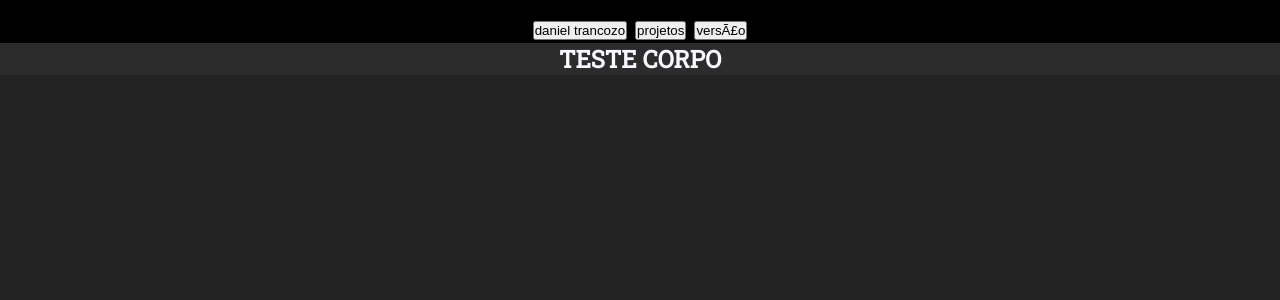
Repository: danieltrancozo/danieltrancozo.github.io
Page: index.html
These files come from the project's save history. The page is drawn as it stood at one moment and after the next save; the edit follows.
The browser window is 1280 px wide. The pictures show the whole page.

Above is the page before, as saved 2021-05-04 23:13:04.

### index.html
<!DOCTYPE html>
<meta charset="UFT-8">
<meta name="lenguage" content="pt-br">
<meta name="autor" content="Daniel Trancozo Vianna">
<meta name="description" content="Portifolio de Desenvolvedor Web">
<meta name="keywords" content="HTML, CSS, JS, web development, portifolio">
<html>

<head>
    <title>Minha P&aacutegina</title>
    <link rel="stylesheet" type="text/css" href="css/estilo3.css">
    <link rel="preconnect" href="https://fonts.gstatic.com">
    <link href="https://fonts.googleapis.com/css2?family=Playfair+Display&family=Roboto+Slab&display=swap" rel="stylesheet">
    <script>
    </script>
</head>
<body>
    <div class="container">
        <div class="cab">
            <h1 style="text-transform: uppercase;">
                <nav class="menu">
                    <ul>
                        <li><button>daniel trancozo</button></li>
                        <li><button>projetos</button></li>
                        <li><button>versão</button></li>
                    </ul>
                </nav>
            </h1>
        </div>
        <div class="corp">
            <h2 style="text-transform: uppercase;">teste corpo</h2>
        </div>
    </div>
    <div class="t2"></div>
</body>
</html>

### css/estilo3.css
@import url('https://fonts.googleapis.com/css2?family=Playfair+Display&family=Roboto+Slab&display=swap');
* {
    margin: 0;
    padding: 0;
}
body{
    background-color: rgba(0, 0, 0, 0.863);
    color: antiquewhite;
    text-align: center;
}
.container{
    background-color: transparent;
    display: flex;
    flex-direction: column;
}
.cab{
    background-color: black;
    color: silver;
    font-family: 'Playfair Display', serif;
    height: 10%;
}
.corp{
    background-color: rgb(44, 44, 44);
    color: ghostwhite;
    font-family: 'Roboto Slab', serif;
    height: 90%;
}
.t2{
    background-color: transparent;
    width: 100%;
    height: 100%;
    visibility: hidden;
}
.manu ul{
    text-align: center;
    border-color: transparent;
    list-style: none;
}
.menu ul li{
    display: inline;
}

After the next save:
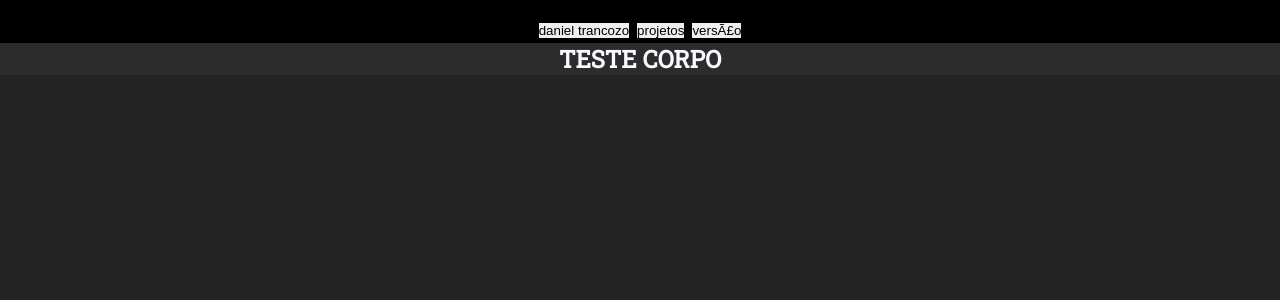
Saved 2 min 38 s later.
--- a/css/estilo3.css
+++ b/css/estilo3.css
@@ -39,3 +39,6 @@ body{
 .menu ul li{
     display: inline;
 }
+.menu ul li button{
+    border: none;
+}
